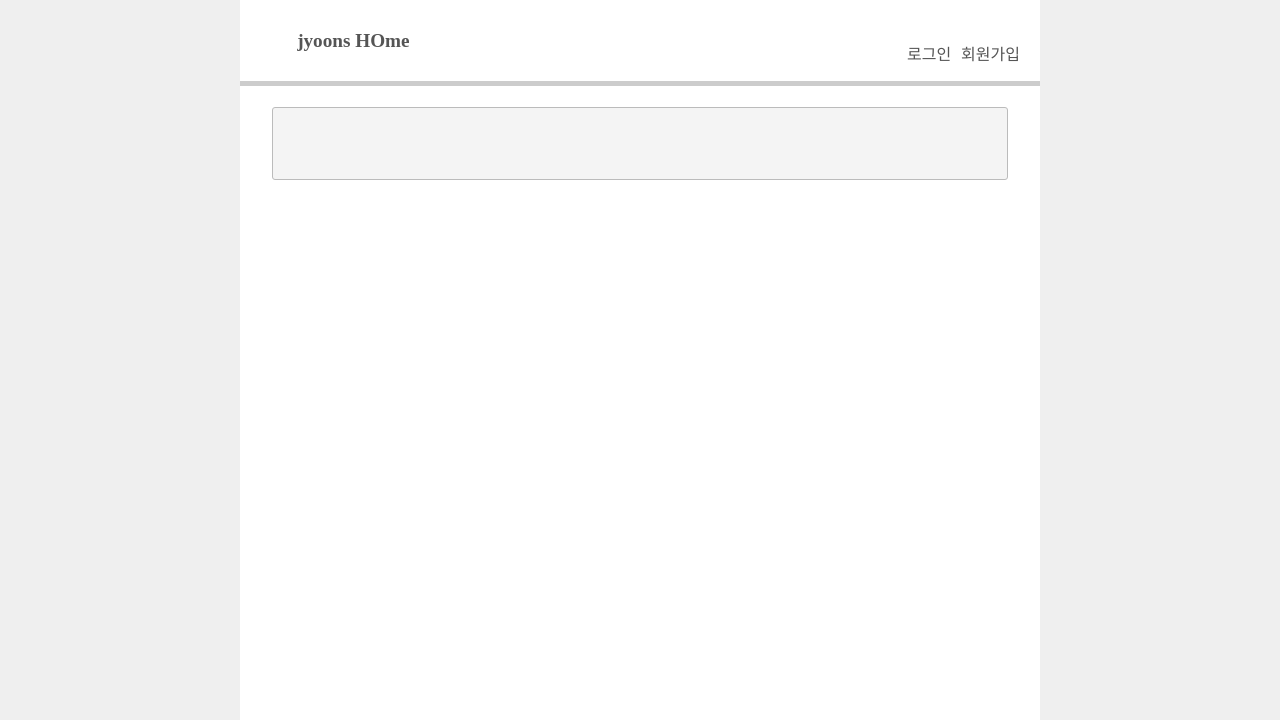
Repository: jyoons00/JSP-sample
Page: jspPro/src/main/webapp/days01/ex01.html
These files come from the project's save history. The page is drawn as it stood at one moment and after the next save; the edit follows.
The browser window is 1280 px wide. The pictures show the whole page.
Some web fonts or font styles are not loaded; a fallback is used.

Above is the page before, as saved 2024-10-15 02:09:29.

After the next save:
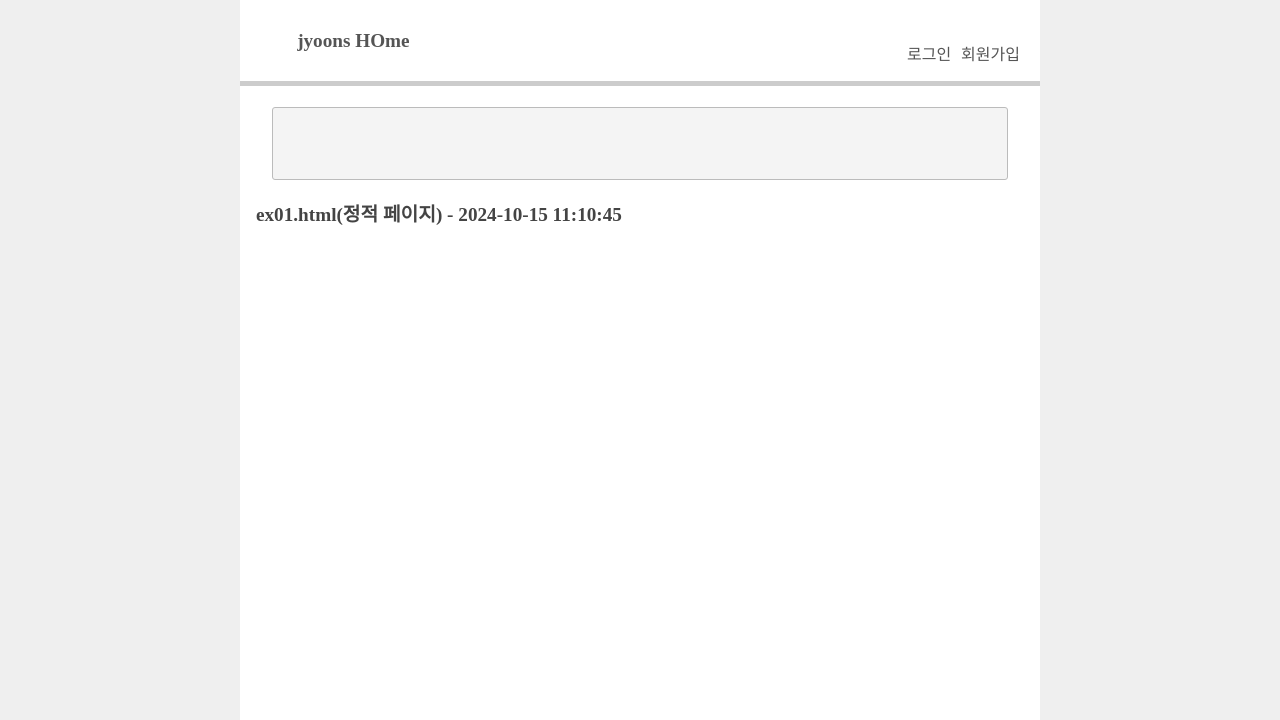
Saved 86 s later.
--- a/jspPro/src/main/webapp/days01/ex01.html
+++ b/jspPro/src/main/webapp/days01/ex01.html
@@ -35,6 +35,8 @@
       <xmp class="code">
 
   	  </xmp>
+
+  	  <h3>ex01.html(정적 페이지) - 2024-10-15 11:10:45</h3>
     </div>
 
   </body>
